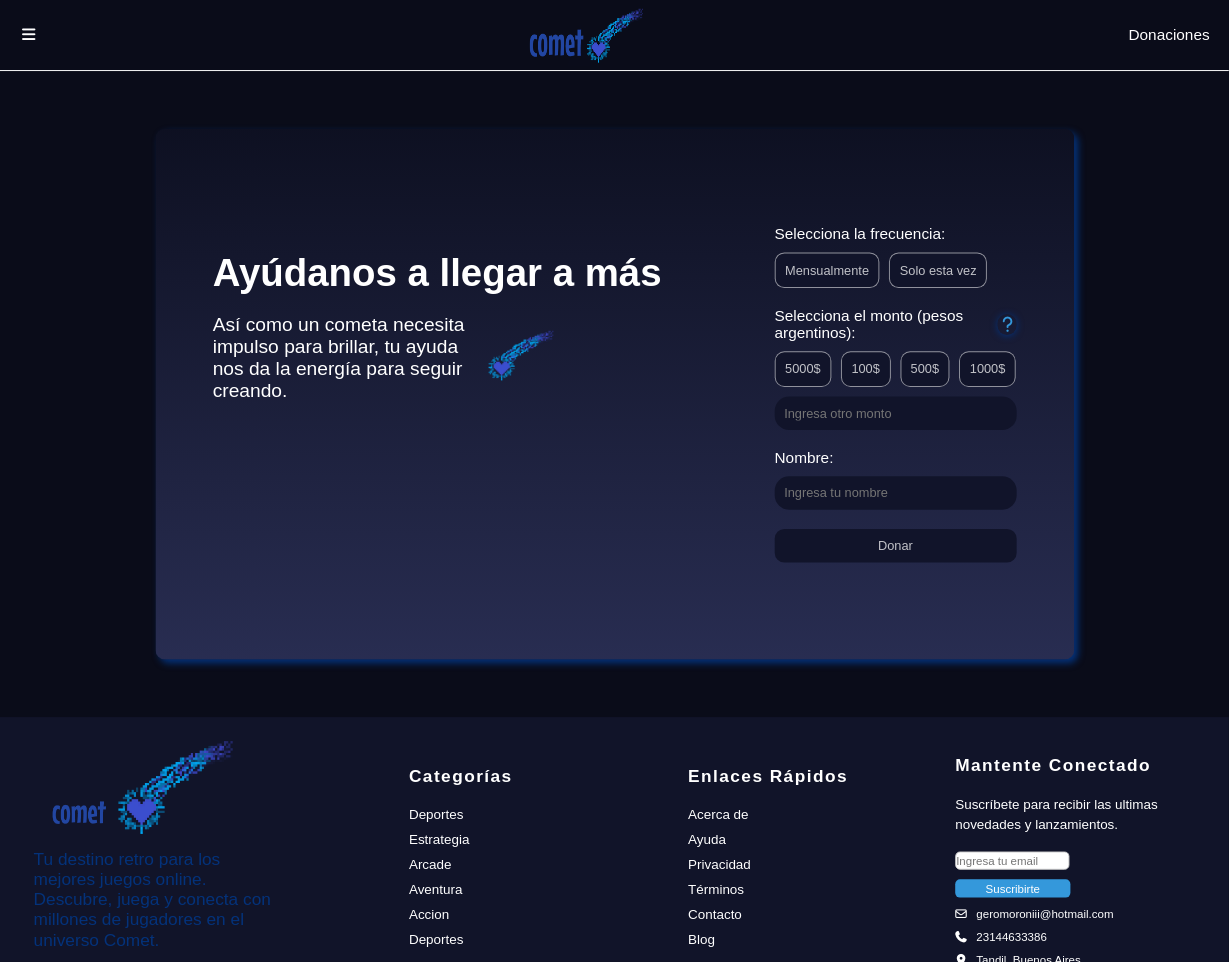
Repository: NahuCaporale/Interfaces
Page: TP2/donaciones.html
The author's editor kept a copy of each file at every save. The page is drawn from the files as they stood at one save, then again after the next save.
The browser window is 1280 px wide. The pictures show the whole page, at 96% of full size.
Some web fonts or font styles are not loaded; a fallback is used. Some web libraries are served in a nearby version.

Above is the page before, as saved 2025-09-29 21:13:06.

### TP2/donaciones.html
<!DOCTYPE html>
<html lang="en">

<head>
    <meta charset="UTF-8">
    <meta name="viewport" content="width=device-width, initial-scale=1.0">
    <link rel="stylesheet" href="donaciones.css">
    <link rel="stylesheet" href="estilos.css">
    <link rel="stylesheet" href="https://cdnjs.cloudflare.com/ajax/libs/font-awesome/7.0.1/css/all.min.css"
        integrity="sha512-2SwdPD6INVrV/lHTZbO2nodKhrnDdJK9/kg2XD1r9uGqPo1cUbujc+IYdlYdEErWNu69gVcYgdxlmVmzTWnetw=="
        crossorigin="anonymous" referrerpolicy="no-referrer" />
    <title>Donaciones</title>
</head>

<body>

    <div class="grid-container">
        <div class="nav">
            <div class="menu-container">
                <!-- Ícono de hamburguesa -->
                <i class="fa-solid fa-bars"></i>
            </div>

            <div class="logo-container">
                <a href="home.html"><img src="./assets/imgs/logocometweb.png" alt="logo de cometa" class="logo-img"></a>
            </div>

            <div class="nav-link">
                <a href="./donaciones.html">Donaciones</a>
            </div>
        </div>
        <main class="home">
            <div class="columna-70">
                <h1>Ayúdanos a llegar a más</h1>
                <div class="logo-container-card">
                    <p>Así como un cometa necesita impulso
                        para brillar, tu ayuda nos da la
                        energía para seguir creando.</p>
                    <img src="./assets/imgs/cometlogoFinal.png" alt="logo de cometa" class="logo-card-img">
                </div>
            </div>
            <div class="columna-30">
                <form class="donaciones-form">
                    <div class="frecuencia">
                        <label>Selecciona la frecuencia:</label>
                        <div class="frecuencia-buttons">
                            <button type="button">Mensualmente</button>
                            <button type="button">Solo esta vez</button>
                        </div>
                    </div>
                    <div class="monto">
                        <div class="text-monto">
                            <label>Selecciona el monto (pesos argentinos):</label>
                            <i class="fa-solid fa-question"></i>
                            <div class="help-text" id="help-text">1USD = 1400ARS</div>
                        </div>

                        <div class="monto-buttons">
                            <button type="button">5000$</button>
                            <button type="button">100$</button>
                            <button type="button">500$</button>
                            <button type="button">1000$</button>
                            <input type="text" class="otro-monto" name="donacion-monto" placeholder="Ingresa otro monto">
                        </div>
                    </div>
                    <div class="nombre">
                        <label for="donador-nombre">Nombre:</label>
                        <input type="text" id="donador-nombre" name="donador-nombre" placeholder="Ingresa tu nombre"
                            required>
                    </div>
                    <button class="enviar-donacion" type="submit">Donar</button>
                </form>
            </div>
        </main>
        <footer class="footer">
            <div class="footer-column">
                <div class="footer-logo">
                    <img src="./assets/imgs/logofooter.png" alt="logo de cometa" class="logo-footer">
                </div>
                <p>Tu destino retro para los mejores juegos online.
                    Descubre, juega y conecta con millones
                    de jugadores en el universo Comet.
                </p>
                <div class="social-icons">
                    <i class="fa-brands fa-instagram"></i>
                    <i class="fa-brands fa-x-twitter"></i>
                    <i class="fa-regular fa-comment"></i>
                    <i class="fa-brands fa-facebook"></i>
                </div>

            </div>
            <div class="footer-column">
                <h3>Categorías</h3>
                <ul>
                    <li><a href="#">Deportes</a></li>
                    <li><a href="#">Estrategia</a></li>
                    <li><a href="#">Arcade</a></li>
                    <li><a href="#">Aventura</a></li>
                    <li><a href="#">Accion</a></li>
                    <li><a href="#">Deportes</a></li>
                </ul>
            </div>
            <div class="footer-column">
                <h3>Enlaces Rápidos</h3>
                <ul>
                    <li><a href="#">Acerca de</a></li>
                    <li><a href="#">Ayuda</a></li>
                    <li><a href="#">Privacidad</a></li>
                    <li><a href="#">Términos</a></li>
                    <li><a href="#">Contacto</a></li>
                    <li><a href="#">Blog</a></li>

                </ul>
            </div>
            <div class="footer-column">
                <h3>Mantente Conectado</h3>
                <p>Suscríbete para recibir las ultimas
                    novedades y lanzamientos.</p>
                <form class="subscribe-form">
                    <input type="email" placeholder="Ingresa tu email" required>
                    <button type="submit">Suscribirte</button>
                </form>
                <div class="form-icons">
                    <div class="icon-row">
                        <i class="fa-regular fa-envelope"></i>
                        <span>geromoroniii@hotmail.com</span>
                    </div>
                    <div class="icon-row">
                        <i class="fa-solid fa-phone"></i>
                        <span>23144633386</span>
                    </div>
                    <div class="icon-row">
                        <i class="fa-solid fa-location-dot"></i>
                        <span>Tandil, Buenos Aires</span>
                    </div>
                </div>
            </div>
        </footer>
    </div>
    </div>
        <script src="donaciones.js"></script>

</body>

</html>

### TP2/donaciones.css

/*DONACIOENS CSS*/
body{
    background-color: #0A0C19;
}
.footer {
    height: 255px !important;
}
.home {
    display: grid;
    grid-template-columns: 70% 30%;
    gap: 20px;
    padding: 40px;
    max-width: 1200px;
    margin: 60px auto;
    /* Más margen arriba y abajo */
    background-image: linear-gradient(to bottom, #11142a81, #373d6dab);
    box-shadow: 4px 4px 8px #04327A;
    border-radius: 10px;
    height: 553px;
    width: 957px;
}
.logo-container-card {
    display: flex;
    align-items: center;
    gap: 10px;
    margin-bottom: 90px;
}

.logo-card-img {
    width: 74px;
    height: 62px;
    margin-bottom: 50px;

}

.columna-70 {
    padding: 20px;
    border-radius: 8px;
}

.columna-70 h1 {
    font-size: 2.5rem;
    font-weight: bold;
    margin-bottom: 20px;
}

.columna-70 p {
    margin-bottom: 50px;
    font-family: 'NATS', sans-serif;
    font-size: 20px;
    font-weight: normal;
    width: 52%;
}

.columna-30 {
    padding: 20px;
}

.donaciones-form {
    display: flex;
    flex-direction: column;
    gap: 20px;
}

.frecuencia,
.monto,
.nombre {
    display: flex;
    flex-direction: column;
    gap: 10px;
}

.frecuencia-buttons,
.monto-buttons {
    display: flex;
    flex-wrap: wrap;
    gap: 10px;
}


.frecuencia-buttons button,
.monto-buttons button {
    display: flex;
    padding: 10px 20px;
    border: 1px solid #ccc;
    border-radius: 5px;
    cursor: pointer;
    background-color: #11142A;
    color: rgba(255, 255, 255, 0.616);
}
.otro-monto{
    width: 100%;
    padding: 10px;
    border-radius: 5px;
    background-color: #11142A;
    border: 1px solid #ccc;
    color: rgba(255, 255, 255, 0.616);
}



.donaciones-form input {
    padding: 10px;
    border-radius: 15px;
    background-color: #11142A;
    border: none;

}

.donaciones-form button {
    padding: 10px;
    border-radius: 10px;
    cursor: pointer;
    background-color: #11142A;
    color:#ffffffbd;
    border-color: #fff8;
}
.donaciones-form button:hover{
    background-color: #fff;
    color: #12171F;
}
.enviar-donacion{
    border: none;
}
.enviar-donacion:hover{
    background-color: #D37F85 !important;
    color: white !important;
}

#donador-nombre{
    color:#fff;
}

.text-monto{
    display: flex;           /* mantiene label e ícono en la misma fila */
  align-items: center;     /* alinea verticalmente */
  gap: 5px;                /* espacio entre label y el ícono */
  position: relative;
}
.text-monto i {
    color: #3498db;
    cursor: pointer;
    box-shadow: 0px 1px 8px #04327A;
    border-radius: 10px;
    padding: 3px 6px;
}
.help-text {
    font-family: 'NATS', sans-serif;
  display: none; /* oculto por defecto */
  position: absolute;
  bottom: 100%; /* aparece arriba del icono */
  left: 50%;
  transform: translateX(80%);
  background-color: #ffb84dc2;
  color: black;
  padding: 5px 10px;
  border-radius: 5px;
  white-space: nowrap;
  font-size: 0.9rem;
  margin-bottom: 5px; /* separación del icono */
  z-index: 10;
}

### TP2/estilos.css
/*Fuentes usadas*/
@import url('https://fonts.googleapis.com/css2?family=Mouse+Memoirs&display=swap');
@import url('https://fonts.googleapis.com/css2?family=NATS&display=swap');

* {
    margin: 0;
    padding: 0;
    box-sizing: border-box;
}

body {
    font-family: Arial, sans-serif;
}

.grid-container {
    display: grid;
    grid-template-rows: 74px 1fr auto;
    /* Cambia la altura del footer a auto */
    grid-template-columns: repeat(6, 1fr);
    /* Seis columnas iguales */
    height: 100vh;
    /* Altura completa de la ventana */
    box-sizing: border-box;
    /* Incluye el padding en el cálculo del tamaño */
}

.logo-text {
    font-size: 32px;
    font-family: 'Mouse Memoirs', sans-serif;
    /* Aplica la fuente importada */
    font-weight: normal;
}

.nav {
    grid-column: 1 / 7;
    /* Ocupa las 6 columnas */
    background-color: #0A0C19;
    color: white;
    display: flex;
    justify-content: space-between;
    align-items: center;
    border-bottom: white 1px solid;
    width: 100%;
}

.menu-container {
    justify-content: flex-start;   /* Menú a la izquierda */
    margin-left: 20px;
    align-items: center;
}

.logo-container {
    justify-content: center;       /* Logo centrado */
}

.nav-link {
    margin-right: 20px;
    justify-content: flex-end;     /* Donaciones a la derecha */
}
.nav-link a{
  text-decoration: none;
  color: white;
    font-family: 'NATS', sans-serif;
}

.logo-img {
    width: 131px;
    height: 68px;
}

.logo-footer {
    width: 216px;
    /* Cambia el ancho del logo */
    height: 108px;
    /* Cambia el alto del logo */
}


.home {
    grid-column: 1 / 7;
    /* Ocupa las 6 columnas */
    background-color: #0A0C19;
    color: white;
    display: flex;
    align-items: center;
    justify-content: center;
}

.logo {
    width: 80px;
    height: 70px;
    object-fit: contain;
    /* Asegura que la imagen mantenga su proporción */
}

/*footer*/
.footer {
    grid-column: 1 / 7;
    /* Ocupa las 6 columnas */
    background-color: #111429;
    color: white;
    display: grid;
    grid-template-columns: repeat(4, 1fr);
    /* Divide el footer en 4 columnas iguales */
    gap: 40px;
    /* Espaciado entre columnas */
    padding: 20px;
    /* Espaciado interno del footer */
    align-items: start;
    /* Alinea el contenido al inicio de cada columna */
    justify-items: center;
    /* Centra cada columna horizontalmente */
    height: auto;
    /* Ajusta la altura automáticamente según el contenido */
    box-sizing: border-box;
    /* Incluye el padding en el cálculo del tamaño */
    overflow: hidden;
    /* Evita que el contenido se desborde */
}

.footer-column {
    display: flex;
    flex-direction: column;
    /* Mantiene los elementos apilados verticalmente */
    align-items: flex-start;
    /* Alinea todo el contenido a la izquierda */
    justify-content: center;
    /* Centra los elementos verticalmente en la columna */
    gap: 10px;
    /* Espaciado entre los elementos */
    text-align: left;
    /* Asegura que el texto esté alineado a la izquierda */
    height: 100%;
    /* Asegura que la columna ocupe todo el espacio disponible */
    padding: 0;
    /* Elimina el padding adicional */
    margin: 0;
    /* Elimina márgenes adicionales */
}

.footer-column h3 {
    font-size: 18px;
    font-family: 'Mouse Memoirs', sans-serif;
    /* Aplica la fuente Mouse Memoirs */
    margin-bottom: 10px;
    letter-spacing: 1.5px;
    text-align: left;
    /* Alinea el título a la izquierda */
    width: 100%;
    /* Asegura que el título ocupe todo el ancho disponible */
}

.footer-column ul {
    list-style: none;
    padding: 0;
    margin: 0;
    text-align: left;
    /* Alinea los elementos de la lista a la izquierda */
    width: 100%;
    /* Asegura que la lista ocupe todo el ancho disponible */
    gap: 20px;
}

.footer-column ul li {
    margin-left: 0;
    /* Asegura que los elementos comiencen desde el borde izquierdo */
    font-family: 'NATS', sans-serif;
    /* Aplica la fuente NATS a los elementos de la lista */
    font-size: 14px;
    /* Ajusta el tamaño de la fuente */
    margin-bottom: 10px;
    /* Aumenta el espaciado entre los elementos */

}

.footer p {
    font-family: 'NATS', sans-serif;
    /* Aplica la fuente NATS */
}

.footer-column ul li a {
    font-family: 'NATS', sans-serif;
    /* Aplica la fuente NATS */
    text-decoration: none;
    /* Elimina el subrayado predeterminado */
    color: white;
    /* Cambia el color del texto a blanco */
    font-size: 14px;
    /* Ajusta el tamaño de la fuente */
    transition: color 0.3s ease;
    /* Agrega una transición suave para el hover */
}

.footer-column ul li a:hover {
    color: #3498db;
    /* Cambia el color del texto al pasar el mouse */
}

.footer-logo {
    display: flex;
    flex-direction: column;
    align-items: center;
    justify-content: flex-start;
    text-align: center;
    height: auto;
    /* Asegura que el contenedor ocupe todo el ancho disponible */
}

.footer-column p {
    font-family: 'Mouse Memoirs', sans-serif;
    /* Aplica la fuente importada */
    max-width: 250px;
    /* Limita el ancho del texto para mejor legibilidad */
    color: #04327A;
    font-size: 18px;
    margin-bottom: 7px;
}

.footer-column:last-child p {
    font-family: 'NATS', sans-serif;
    /* Aplica la fuente NATS a todo el footer */
    color: white;
    /* Cambia el color del texto a blanco */
    font-size: 14px;
    /* Ajusta el tamaño de la fuente si es necesario */
    line-height: 1.5;
    /* Mejora la legibilidad con un espaciado entre líneas */
}

.social-icons {
    display: flex;
    align-items: center;
    /* Alinea los íconos verticalmente con el texto */
    width: 100%;
    /* Asegura que ocupen todo el ancho disponible */

    gap: 20px;
    /* Espaciado entre los iconos */
    color: white;
    /* Color de los iconos */
    justify-content: flex-start;
    margin-bottom: 15px;
}

.social-icons i {
    height: 5px;
    /* Ajusta la altura de los íconos */
    width: 5px;
    /* Ajusta el ancho de los íconos */

}

.footer-logo img {
    width: 216px;
    /* Cambia el ancho del logo */
    height: 108px;
    /* Cambia el alto del logo */
}


.subscribe-form {
    display: flex;
    flex-direction: column;
    /* Mantiene el input y el botón apilados */
    gap: 10px;
    /* Espaciado entre el input y el botón */
    width: 100%;
    /* Asegura que el formulario ocupe todo el ancho disponible */
}

.subscribe-form input {
    width: 119px;
    /* Ancho del input */
    height: 19px;
    /* Alto del input */
    padding: 0;
    /* Elimina el padding adicional */
    border: 1px solid #ccc;
    border-radius: 5px;
    font-size: 12px;
    /* Ajusta el tamaño de la fuente para que se adapte al tamaño */
}

.subscribe-form button {
    width: 120px;
    /* Ancho del botón */
    height: 19px;
    /* Alto del botón */
    padding: 0;
    /* Elimina el padding adicional */
    background-color: #3498db;
    color: white;
    border: none;
    border-radius: 5px;
    cursor: pointer;
    font-size: 12px;
    /* Ajusta el tamaño de la fuente para que se adapte al tamaño */
    text-align: center;
}

.subscribe-form button:hover {
    background-color: #2980b9;
    /* Cambia el color al pasar el mouse */
}

.form-icons {
    display: flex;
    flex-direction: column;
    /* Coloca los íconos en vertical */
    gap: 10px;
    /* Espaciado entre las filas de íconos */
    width: 100%;
    /* Asegura que ocupe todo el ancho disponible */
}

.icon-row {
    display: flex;
    align-items: center;
    /* Alinea el ícono y el texto verticalmente */
    gap: 10px;
    /* Espaciado entre el ícono y el texto */
}

.icon-row i {
    font-size: 12px;
    /* Reduce el tamaño del ícono ligeramente */
    width: 12px;
    /* Ajusta el ancho del ícono */
    height: 12px;
    /* Ajusta la altura del ícono */
}

.icon-row span {
    font-size: 12px;
    /* Reduce el tamaño del texto ligeramente */
    color: white;
    /* Mantiene el color blanco */
    font-family: 'NATS', sans-serif;
    /* Aplica la fuente NATS */
}

### TP2/donaciones.js
const icon = document.querySelector(".text-monto i");
const helpText = document.getElementById("help-text");

icon.addEventListener("click", () => {
  // alterna mostrar/ocultar
  if (helpText.style.display === "block") {
    helpText.style.display = "none";
  } else {
    helpText.style.display = "block";
  }
});

After the next save:
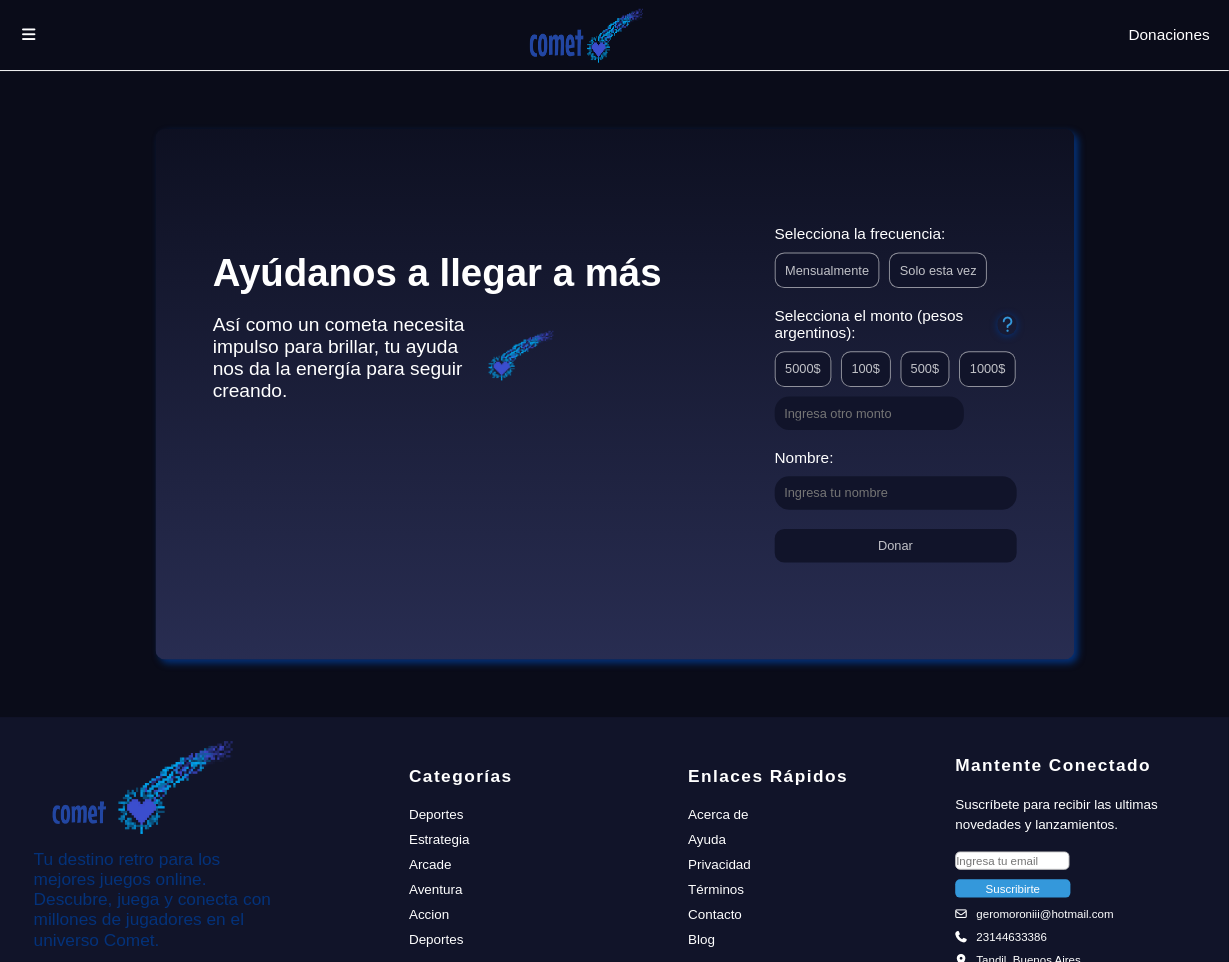
Saved 6 s later.
--- a/TP2/donaciones.css
+++ b/TP2/donaciones.css
@@ -89,14 +89,6 @@ body{
     background-color: #11142A;
     color: rgba(255, 255, 255, 0.616);
 }
-.otro-monto{
-    width: 100%;
-    padding: 10px;
-    border-radius: 5px;
-    background-color: #11142A;
-    border: 1px solid #ccc;
-    color: rgba(255, 255, 255, 0.616);
-}
 
 
 
